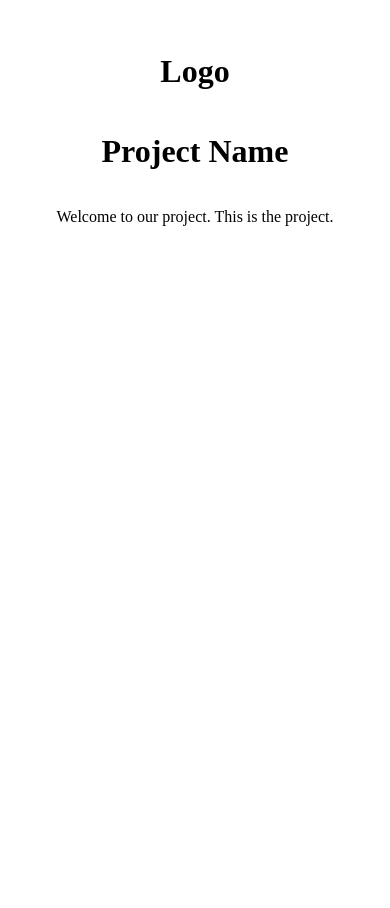
Repository: GG1627/SwampHacks-X-Project
Page: /
The author's editor kept a copy of each file at every save. The page is drawn from the files as they stood at one save, then again after the next save.
The browser window is 390 px wide. The pictures show the whole page.
The app was drawn by React Native's web renderer in a window 390 px wide. The project was rebuilt for these pictures with package versions that can differ from the ones it lists, and the page was loaded fresh each time. Also part of the build but not shown: vite.config.js.

Above is the page before, as saved 2025-01-25 10:52:11.

### src/App.jsx
import { useState } from "react";
import reactLogo from "./assets/react.svg";
import viteLogo from "/vite.svg";
import "./App.css";
import HomeScreen from "./components/HomeScreen";

function App() {
  return (
    <>
      <HomeScreen />
    </>
  );
}

export default App;

### src/components/HomeScreen.jsx
import React from "react";

const HomeScreen = () => {
  return (
    <>
      <h1>Logo</h1>
      <h1>Project Name</h1>
      <p>Welcome to our project. This is the project.</p>
    </>
  );
};

export default HomeScreen;

Loaded but not shown: src/App.css (common file)

After the next save:
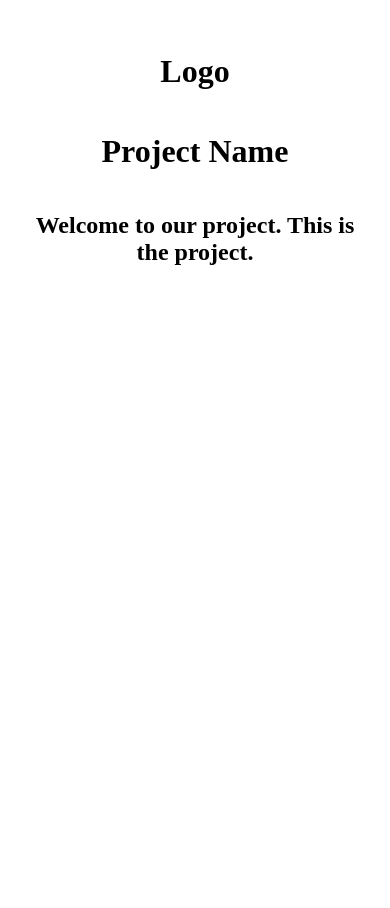
Saved 12 s later.
--- a/src/components/HomeScreen.jsx
+++ b/src/components/HomeScreen.jsx
@@ -5,7 +5,7 @@ const HomeScreen = () => {
     <>
       <h1>Logo</h1>
       <h1>Project Name</h1>
-      <p>Welcome to our project. This is the project.</p>
+      <h2>Welcome to our project. This is the project.</h2>
     </>
   );
 };
